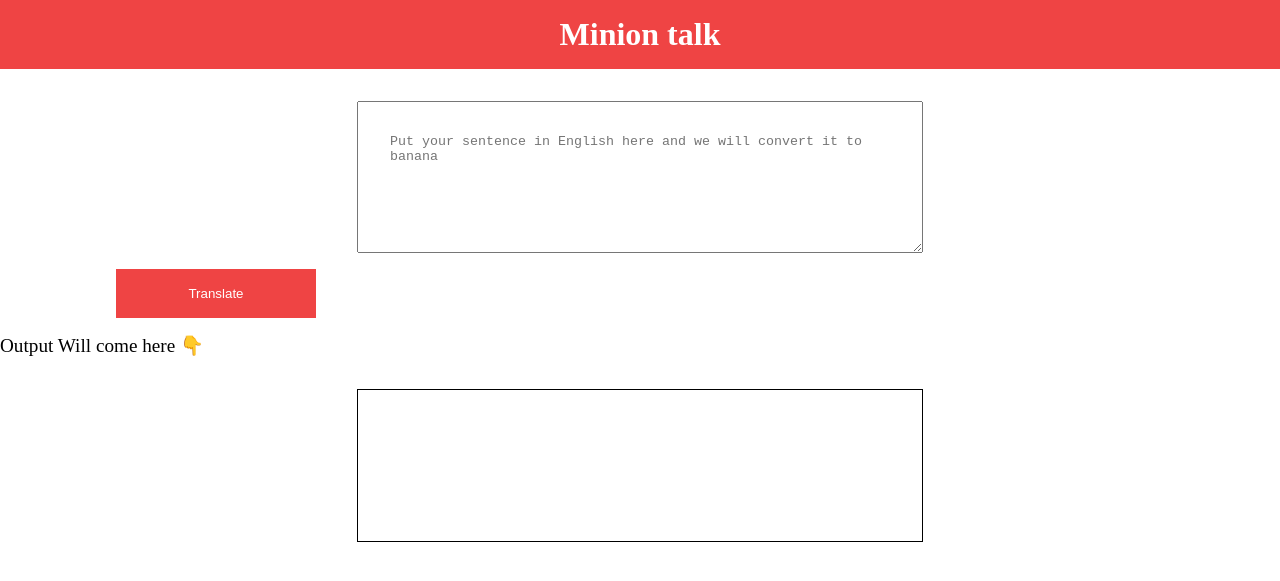
Repository: sohan2503001/Avator-speak
Page: index.html
These files come from the project's save history. The page is drawn as it stood at one moment and after the next save; the edit follows.
The browser window is 1280 px wide. The pictures show the whole page.

Above is the page before, as saved 2021-04-21 03:46:42.

After the next save:
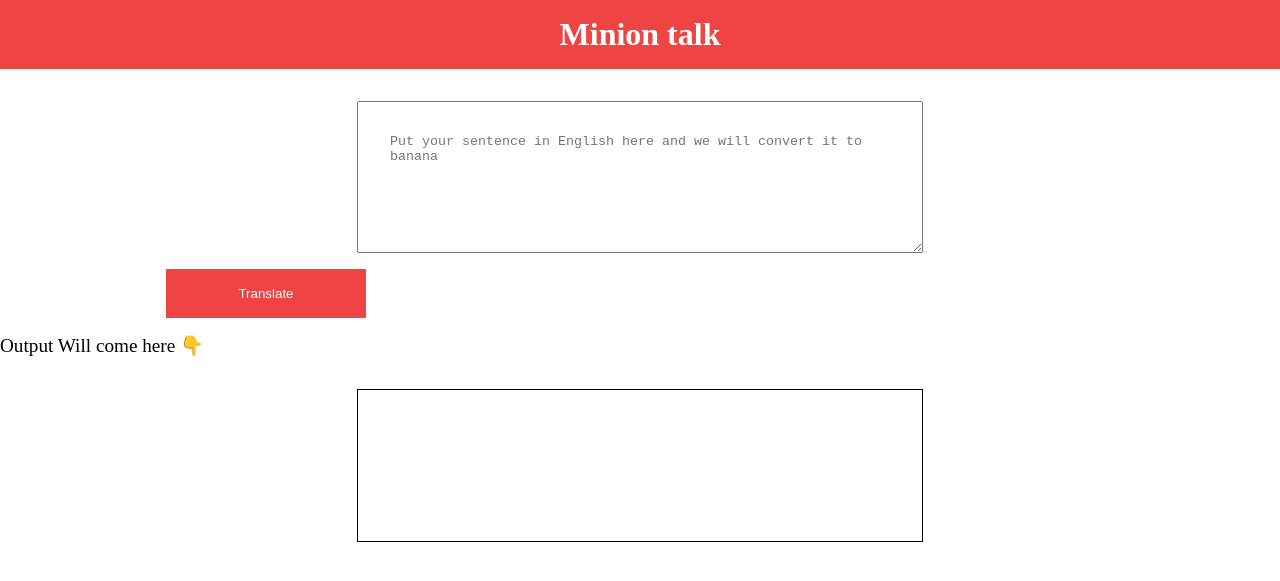
Saved 7 s later.
--- a/style.css
+++ b/style.css
@@ -31,7 +31,7 @@ textarea{
     padding: 1rem;
     width: 200px;
     margin: 1rem;
-    left: 100px;
+    left: 150px;
     position: relative;
     background-color: var(--primary-color);
     border: 1px solid var(--primary-color);
